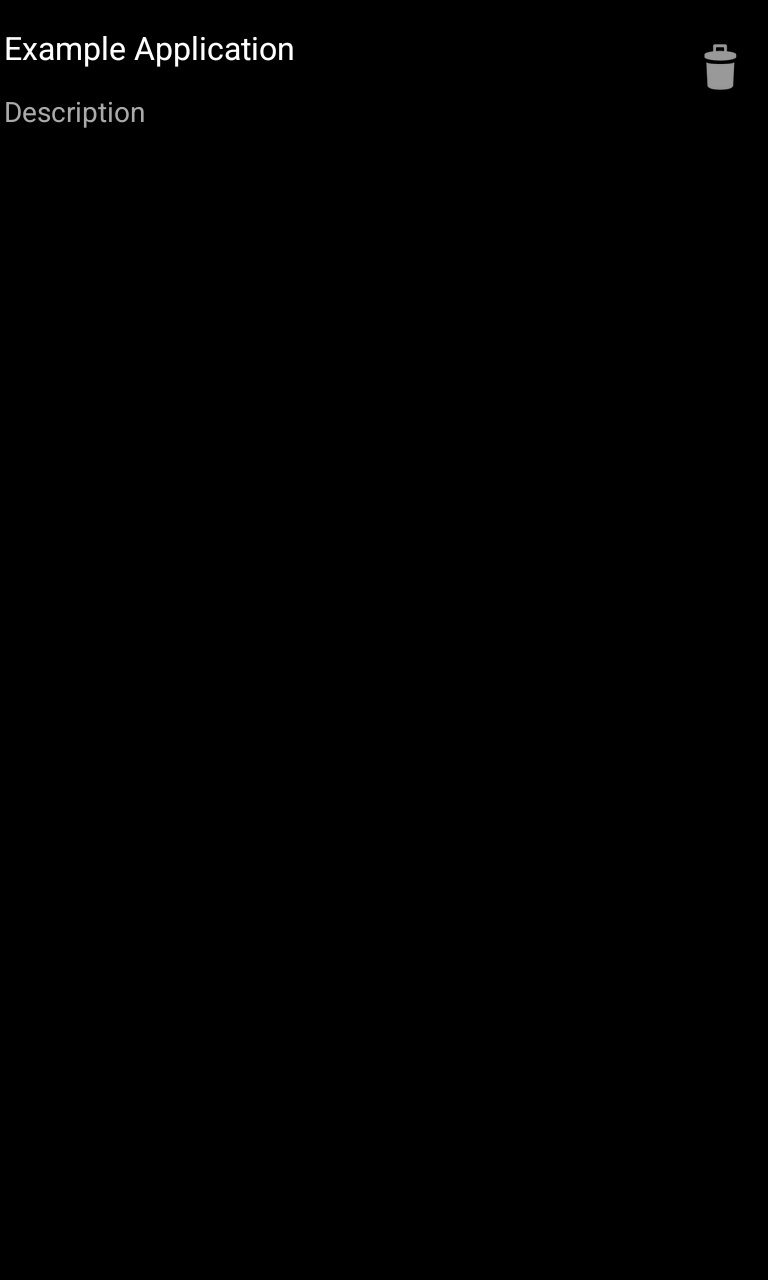
Repository: ohadsch/AwesomePlaylists
Layout: AwesomePlaylists/res/layout/library_row_layout.xml
These files come from the project's save history. The layout is drawn as it stood at one moment and after the next save; the edit follows.
It is drawn on a 768 x 1280 px phone screen (xhdpi) without system bars, with theme AppTheme; the app's code is not run.

Above is the layout before, as saved 2014-05-03 14:21:08.

### AwesomePlaylists/res/layout/library_row_layout.xml
<?xml version="1.0" encoding="utf-8"?>
<RelativeLayout xmlns:android="http://schemas.android.com/apk/res/android"
    android:layout_width="fill_parent"
    android:layout_height="fill_parent"
    android:padding="2dip"
    android:background="@android:color/black">

    <RelativeLayout
        android:id="@+id/library_row"
	    android:layout_width="fill_parent"
	    android:layout_height="?android:attr/listPreferredItemHeight"
	    android:background="@android:color/black">

	    <TextView
	        android:id="@+id/library_row_secondLine"
	        android:layout_width="fill_parent"
	        android:layout_height="20dip"
	        android:layout_alignParentBottom="true"
	        android:layout_alignParentLeft="true"
	        android:layout_toLeftOf="@+id/library_row_deleteIcon"
	        android:ellipsize="marquee"
	        android:marqueeRepeatLimit="marquee_forever"
		    android:focusable="true"
		    android:focusableInTouchMode="true"
	        android:singleLine="true"
	        android:text="Description"
	        android:textSize="@dimen/medium_text"
	        android:textColor="@android:color/darker_gray" />

	    <TextView
	        android:id="@+id/library_row_firstLine"
	        android:layout_width="wrap_content"
	        android:layout_height="wrap_content"
	        android:layout_above="@id/library_row_secondLine"
	        android:layout_alignParentLeft="true"
	        android:layout_alignParentTop="true"
	        android:layout_alignWithParentIfMissing="true"
	        android:layout_toLeftOf="@+id/library_row_deleteIcon"
	        android:gravity="center_vertical"
	        android:text="Example Application"
	        android:textSize="@dimen/big_text"
	        android:textColor="@android:color/white"
	        android:scrollHorizontally="true"
	        android:singleLine="true"
	        android:ellipsize="marquee"
	        android:marqueeRepeatLimit="marquee_forever"
		    android:focusable="true"
		    android:focusableInTouchMode="true"  />

	    <ImageView
	        android:id="@+id/library_row_deleteIcon"
	        android:layout_width="wrap_content"
	        android:layout_height="fill_parent"
	        android:layout_alignParentBottom="true"
	        android:layout_alignParentTop="true"
	        android:layout_alignParentRight="true"
	        android:layout_marginRight="6dip"
	        android:contentDescription="TODO"
	        android:src="@android:drawable/ic_menu_delete"
	        android:background="@android:color/black"
	        android:onClick="showGenres" />
    </RelativeLayout>

    <LinearLayout
        android:id="@+id/library_genres_info"
        android:layout_width="wrap_content"
        android:layout_height="wrap_content"
        android:orientation="horizontal"
        android:layout_below="@id/library_row"
        android:visibility="gone">

        <CheckBox
            android:id="@+id/library_check_classic"
            android:text="Classic"
		    android:layout_height="20dp"
			android:layout_width="wrap_content"
			android:textColor="@android:color/tertiary_text_light"
			android:textSize="@dimen/small_text" />

        <CheckBox
            android:id="@+id/library_check_electronic"
            android:text="Electronic"
		    android:layout_height="20dp"
			android:layout_width="wrap_content"
			android:textColor="@android:color/tertiary_text_light"
			android:textSize="@dimen/small_text" />

        <CheckBox
            android:id="@+id/library_check_rap"
            android:text="Rap"
		    android:layout_height="20dp"
			android:layout_width="wrap_content"
			android:textColor="@android:color/tertiary_text_light"
			android:textSize="@dimen/small_text" />

        <CheckBox
            android:id="@+id/library_check_hiphop"
            android:text="HipHop"
		    android:layout_height="20dp"
			android:layout_width="wrap_content"
			android:textColor="@android:color/tertiary_text_light"
			android:textSize="@dimen/small_text" />

    </LinearLayout>

</RelativeLayout>

Loaded but not shown: AwesomePlaylists/res/values/styles.xml (common file); AwesomePlaylists/res/values-v11/styles.xml (common file); AwesomePlaylists/res/values-v14/styles.xml (common file); AwesomePlaylists/res/values/dimens.xml (common file)

After the next save:
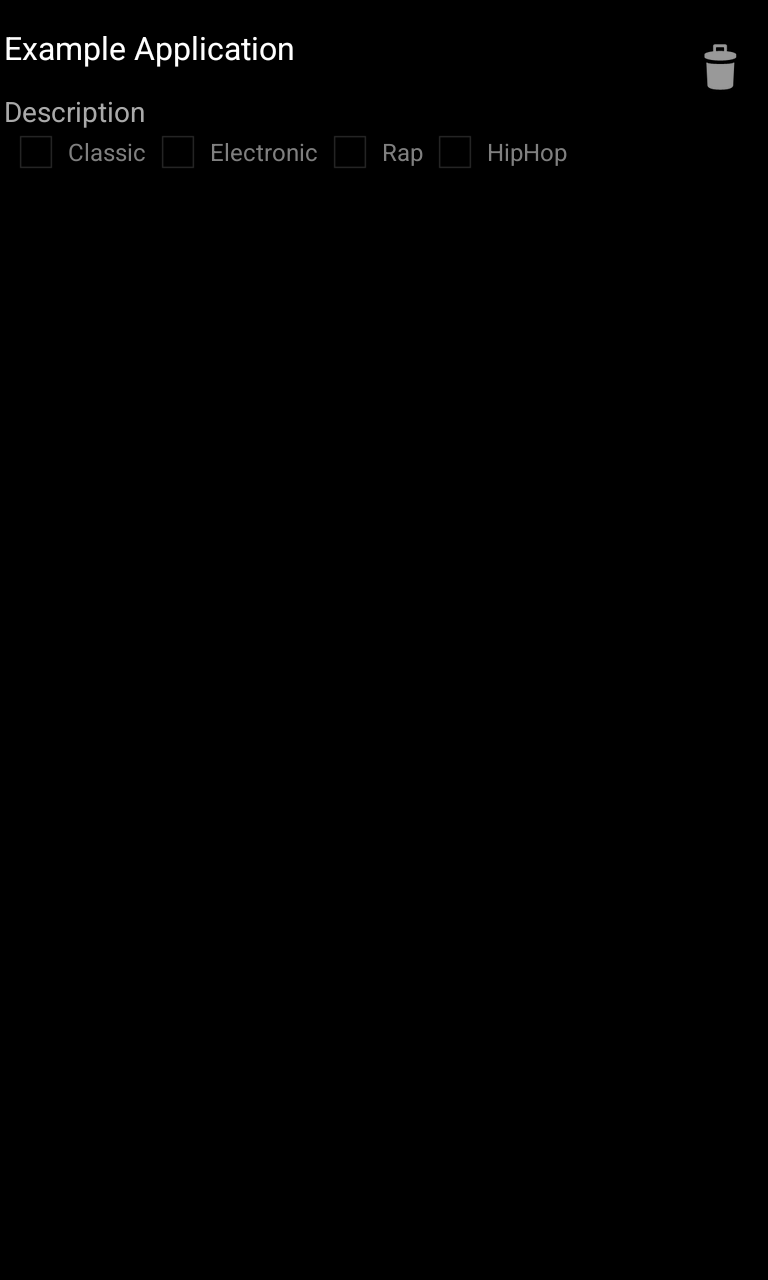
Saved 3 min 9 s later.
--- a/AwesomePlaylists/res/layout/library_row_layout.xml
+++ b/AwesomePlaylists/res/layout/library_row_layout.xml
@@ -66,8 +66,7 @@
         android:layout_width="wrap_content"
         android:layout_height="wrap_content"
         android:orientation="horizontal"
-        android:layout_below="@id/library_row"
-        android:visibility="gone">
+        android:layout_below="@id/library_row">
 
         <CheckBox
             android:id="@+id/library_check_classic"
